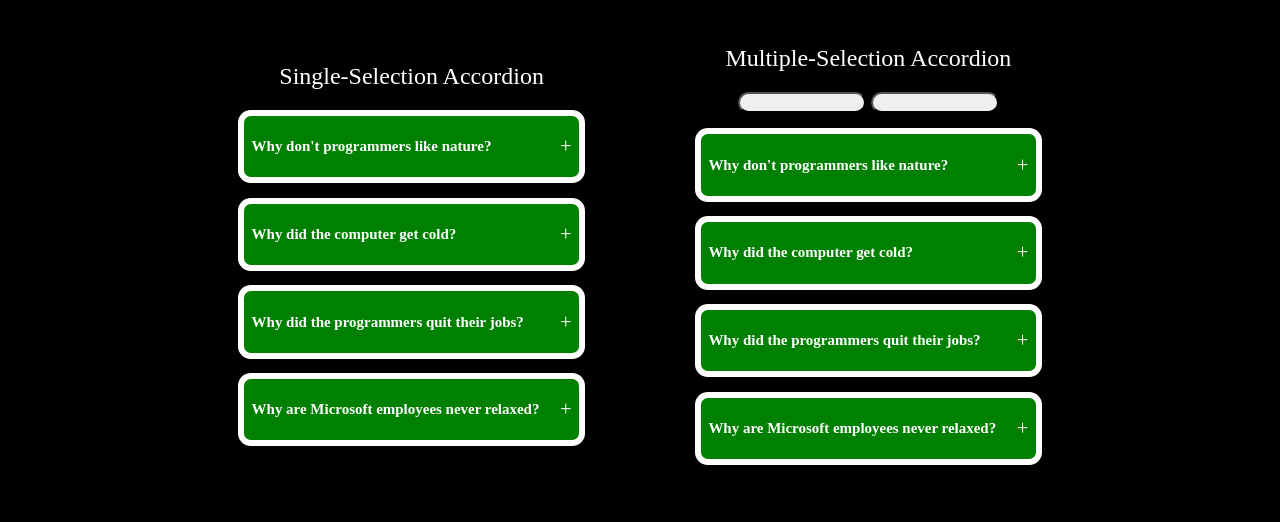
Repository: kosenijr/react-projects
Page: / (app in accordion/)
These files come from the project's save history. The page is drawn as it stood at one moment and after a run of saves; the edit follows.
The browser window is 1280 px wide. The pictures show the whole page.
The project was rebuilt for these pictures with package versions that can differ from the ones it lists, and the page was loaded fresh each time.

Above is the page before, as saved 2024-03-03 13:08:00.

After the next 2 saves:
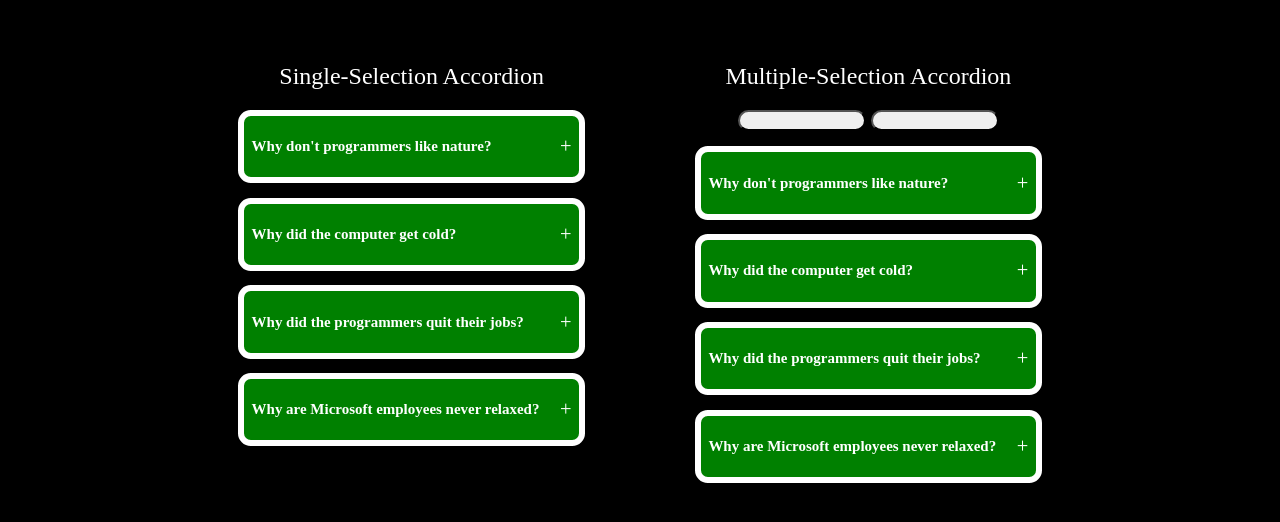
The 2 saves are shown as one change because they came seconds apart.
The last was saved 15 s later.
--- a/accordion/src/styles/MultiSelection.css
+++ b/accordion/src/styles/MultiSelection.css
@@ -1,7 +1,7 @@
 .multi-selection-wrapper {
   display: flex;
   align-items: center;
-  height: 70vh;
+  height: 75vh;
   margin-right: 10vw;
 }
 
